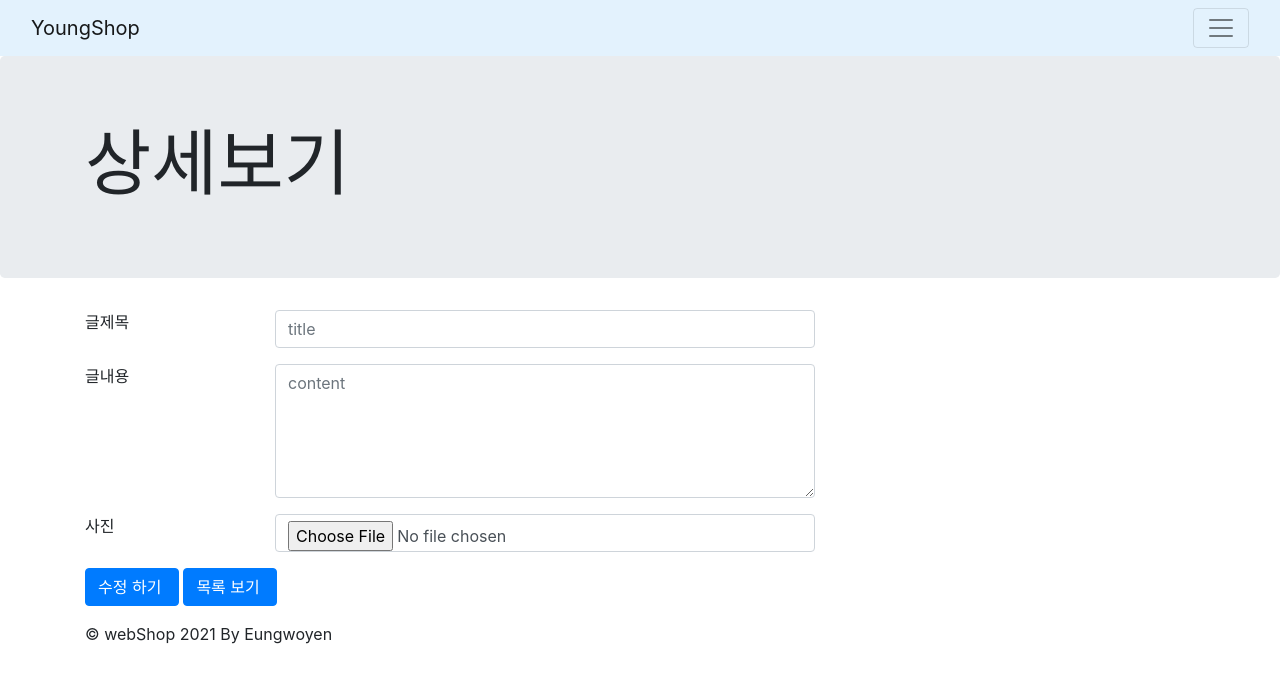
Repository: khss4008/JSP_project
Page: http://localhost/Webshop2/board/detailBoard.jsp
These files come from the project's save history. The page is drawn as it stood at one moment and after the next save; the edit follows.
The browser window is 1280 px wide. The pictures show the whole page.
The page is served by Tomcat 9. Other server files are loaded and not shown.

Above is the page before, as saved 2021-11-05 06:33:10.
Console error: TypeError: Cannot read properties of undefined (reading 'fn')

### Webshop2/WebContent/board/detailBoard.jsp
<%@ page language="java" contentType="text/html; charset=UTF-8"
    pageEncoding="UTF-8"%>
<!DOCTYPE html>
<html>
<head>
<meta charset="UTF-8">
<title>상세 보기</title>
</head>
<body>
   <jsp:include page="/header.jsp" />
   <div class="jumbotron">
      <div class="container">
         <h1 class="display-3">상세보기</h1>
      </div>
   </div>

   <div class="container">
      <form name="newProduct" class="form-horizontal"  action="addCheck.jsp" method="post" onsubmit="return checkForm()" enctype = "multipart/form-data">
         <div class="form-group  row">
            <label class="col-sm-2 ">글제목</label>
            <div class="col-sm-6">
               <input name="title" type="text" class="form-control" placeholder="title" >
            </div>
         </div>


          <div class="form-group  row">
            <label class="col-sm-2">글내용</label>
            <div class="col-sm-6">
               <textarea name = description rows = "5" cols = "20" class="form-control" placeholder = "content"></textarea>
            </div>
         </div>


          <div class="form-group  row">
            <label class="col-sm-2">사진</label>
            <div class="col-sm-6">
               <input name="filename" type="file" class="form-control">
            </div>
         </div>




        <div class="form-group  row">
            <div class="col-sm-offset-2 col-sm-10 ">
               <input type="submit" class="btn btn-primary " value="수정 하기 " >
               <input type="reset" class="btn btn-primary " value="목록 보기 " >
            </div>
         </div>


      </form>
   </div>

<%@ include file = "/footer.jsp" %>
</body>
</html>

### Webshop2/WebContent/footer.jsp
<footer class = "container">
	<p>&copy; webShop 2021 By Eungwoyen
</footer>

### Webshop2/WebContent/header.jsp
<%@ page language="java" contentType="text/html; charset=UTF-8"
    pageEncoding="UTF-8"%>

<link rel="stylesheet" href="https://stackpath.bootstrapcdn.com/bootstrap/4.3.1/css/bootstrap.min.css" integrity="sha384-ggOyR0iXCbMQv3Xipma34MD+dH/1fQ784/j6cY/iJTQUOhcWr7x9JvoRxT2MZw1T" crossorigin="anonymous">
<script src="https://stackpath.bootstrapcdn.com/bootstrap/4.3.1/js/bootstrap.min.js" integrity="sha384-JjSmVgyd0p3pXB1rRibZUAYoIIy6OrQ6VrjIEaFf/nJGzIxFDsf4x0xIM+B07jRM" crossorigin="anonymous"></script>


<nav class="navbar navbar-light" style="background-color: #e3f2fd;">
  <div class="container-fluid">
    <a class="navbar-brand" href="/">YoungShop</a>
    <button class="navbar-toggler" type="button" data-bs-toggle="collapse" data-bs-target="#navbarNavDropdown" aria-controls="navbarNavDropdown" aria-expanded="false" aria-label="Toggle navigation">
      <span class="navbar-toggler-icon"></span>
    </button>
    <div class="collapse navbar-collapse" id="navbarNavDropdown">
      <ul class="navbar-nav">
        <li class="nav-item dropdown">
          <a class="nav-link dropdown-toggle" href="#" id="navbarDropdownMenuLink" role="button" data-bs-toggle="dropdown" aria-expanded="false">
            	게시판
          </a>
          <ul class="dropdown-menu" aria-labelledby="navbarDropdownMenuLink">
            <li><a class="dropdown-item" href="/product/products.jsp">제품목록</a></li>
            <li><a class="dropdown-item" href="/board/addBoard.jsp">글작성</a></li>
            <li><a class="dropdown-item" href="/board/listBoard.jsp">글목록</a></li>
          </ul>
        </li>

        <li class="nav-item dropdown">
          <a class="nav-link dropdown-toggle" href="#" id="navbarDropdownMenuLink" role="button" data-bs-toggle="dropdown" aria-expanded="false">
            	회원관리
          </a>
          <ul class="dropdown-menu" aria-labelledby="navbarDropdownMenuLink">
            <li><a class="dropdown-item" href="/member/loginMember.jsp">로그인</a></li>
            <li><a class="dropdown-item" href="#">로그아웃</a></li>
            <li><a class="dropdown-item" href="/member/joinMember.jsp">회원가입</a></li>
            <li><a class="dropdown-item" href="#">회원탈퇴</a></li>
          </ul>
        </li>

        <li class="nav-item dropdown">
          <a class="nav-link dropdown-toggle" href="#" id="navbarDropdownMenuLink" role="button" data-bs-toggle="dropdown" aria-expanded="false">
            	관리자
          </a>
          <ul class="dropdown-menu" aria-labelledby="navbarDropdownMenuLink">
            <li><a class="dropdown-item" href="/product/addProduct.jsp">제품등록</a></li>
            <li><a class="dropdown-item" href="/member/listMember.jsp">회원관리</a></li>

          </ul>
        </li>

      </ul>
    </div>
  </div>
</nav>

<script src="https://cdn.jsdelivr.net/npm/bootstrap@5.1.3/dist/js/bootstrap.bundle.min.js" integrity="sha384-ka7Sk0Gln4gmtz2MlQnikT1wXgYsOg+OMhuP+IlRH9sENBO0LRn5q+8nbTov4+1p" crossorigin="anonymous"></script>

After the next save:
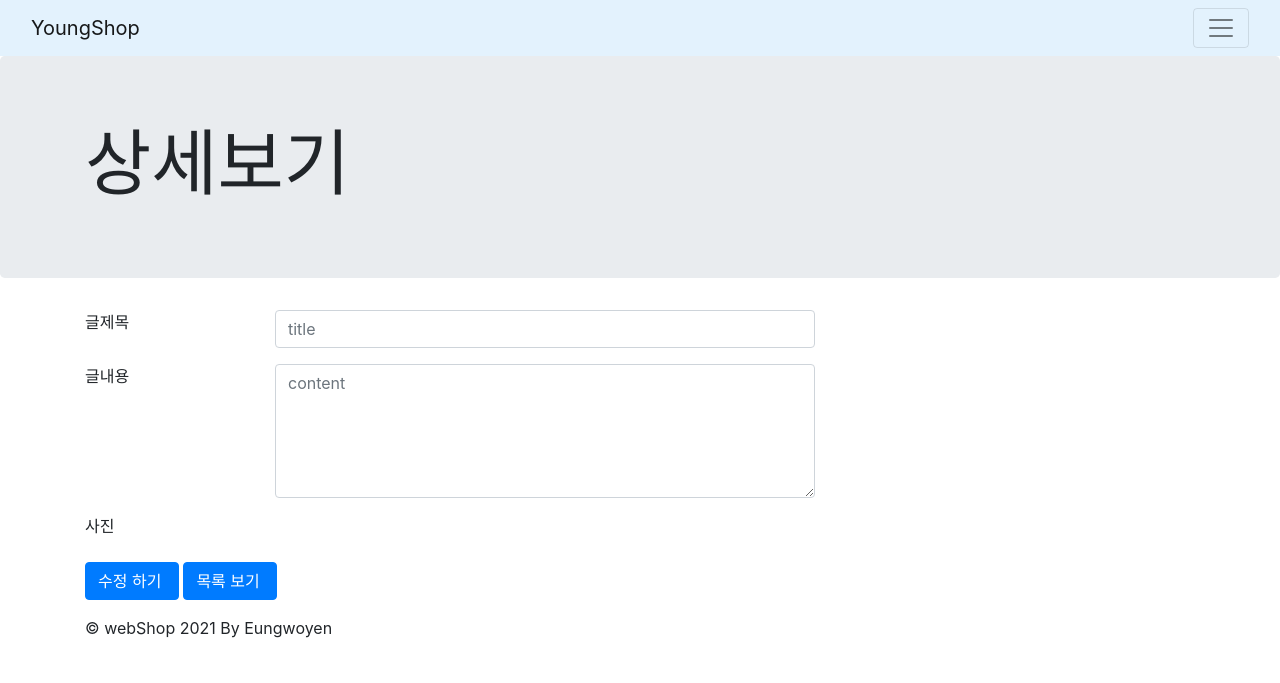
Saved 77 s later.
--- a/Webshop2/WebContent/board/detailBoard.jsp
+++ b/Webshop2/WebContent/board/detailBoard.jsp
@@ -35,7 +35,8 @@
           <div class="form-group  row">
             <label class="col-sm-2">사진</label>
             <div class="col-sm-6">
-               <input name="filename" type="file" class="form-control">
+
+
             </div>
          </div>
 
